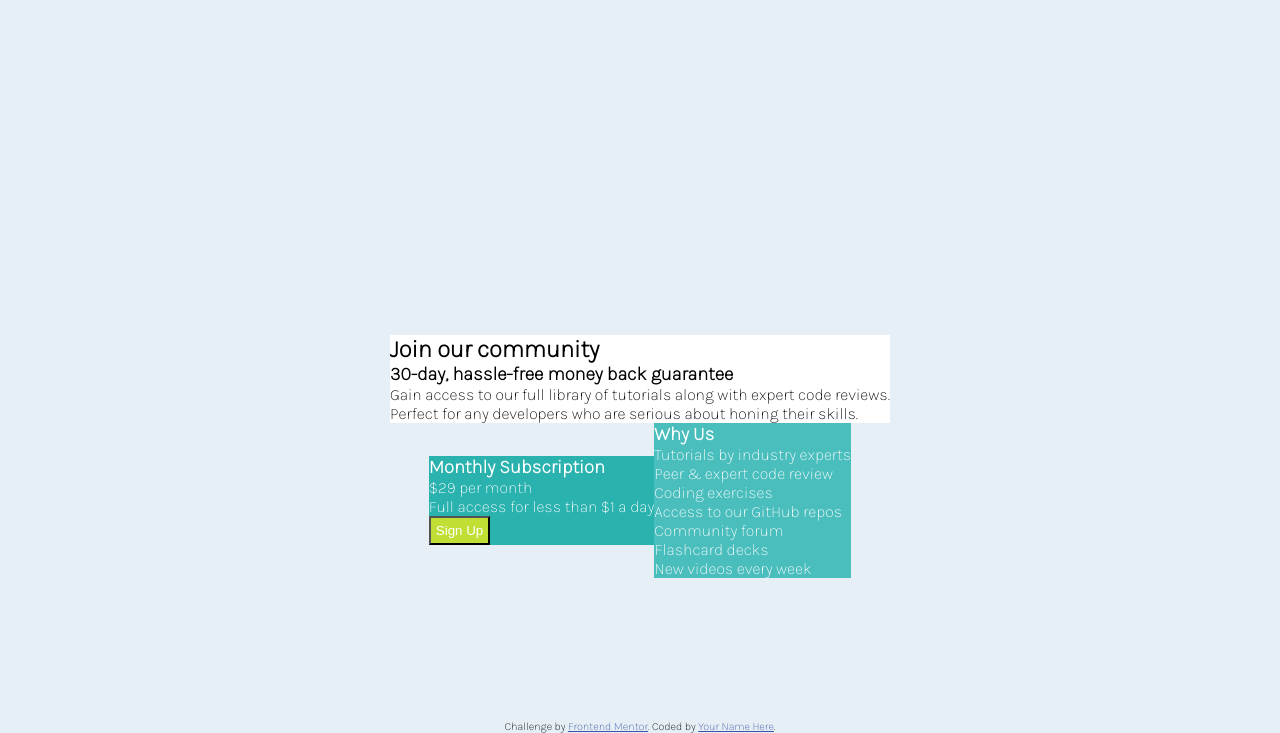
Repository: jminervino/PriceGridComponent
Page: index.html
These files come from the project's save history. The page is drawn as it stood at one moment and after the next save; the edit follows.
The browser window is 1280 px wide. The pictures show the whole page.

Above is the page before, as saved 2022-02-06 01:30:24.

After the next save:
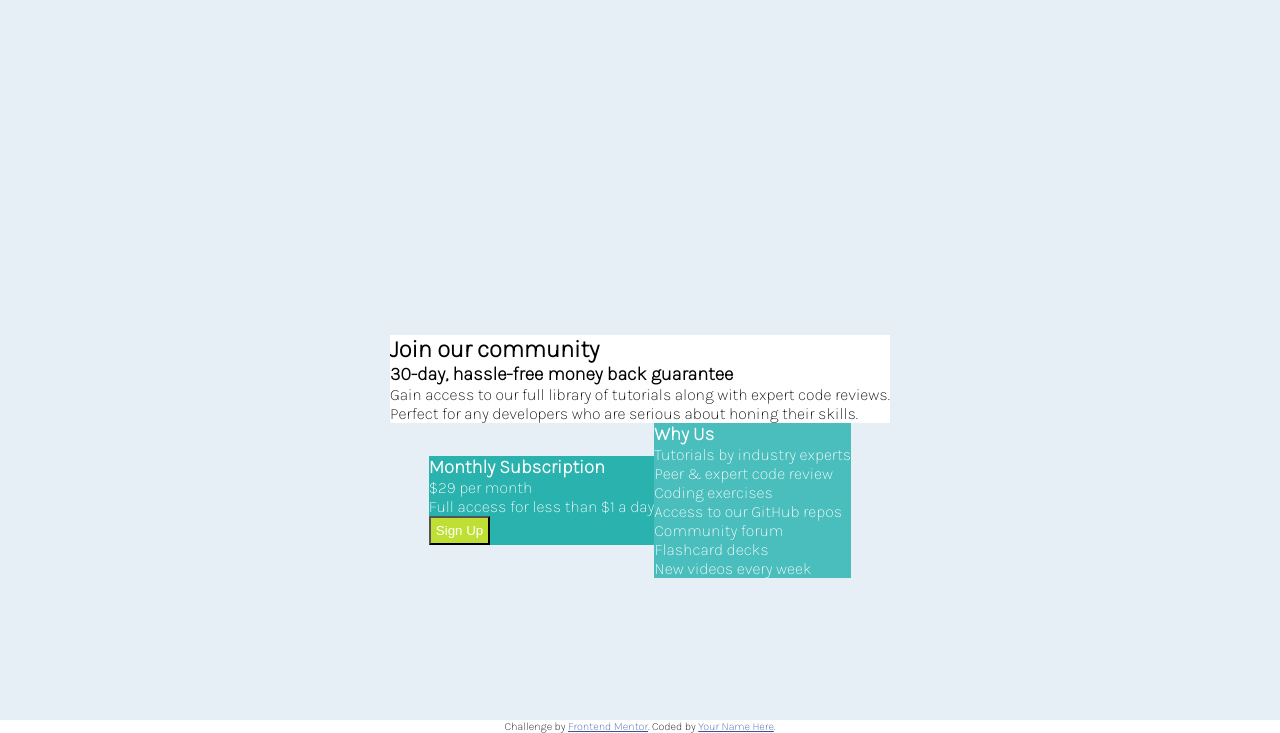
Saved 77 s later.
--- a/style.css
+++ b/style.css
@@ -12,16 +12,13 @@ section {
     display: flex;
     align-items: center;
     justify-content: center;
+    background-color: hsl(204, 43%, 93%);
 }
 
 body {
-    display: flex;
-    align-items: center;
-    justify-content: center;
     font-family: "Karla", sans-serif;
     font-size: 16px;
     font-weight: 400;
-    background-color: hsl(204, 43%, 93%);
     flex-direction: column;
 }
 
